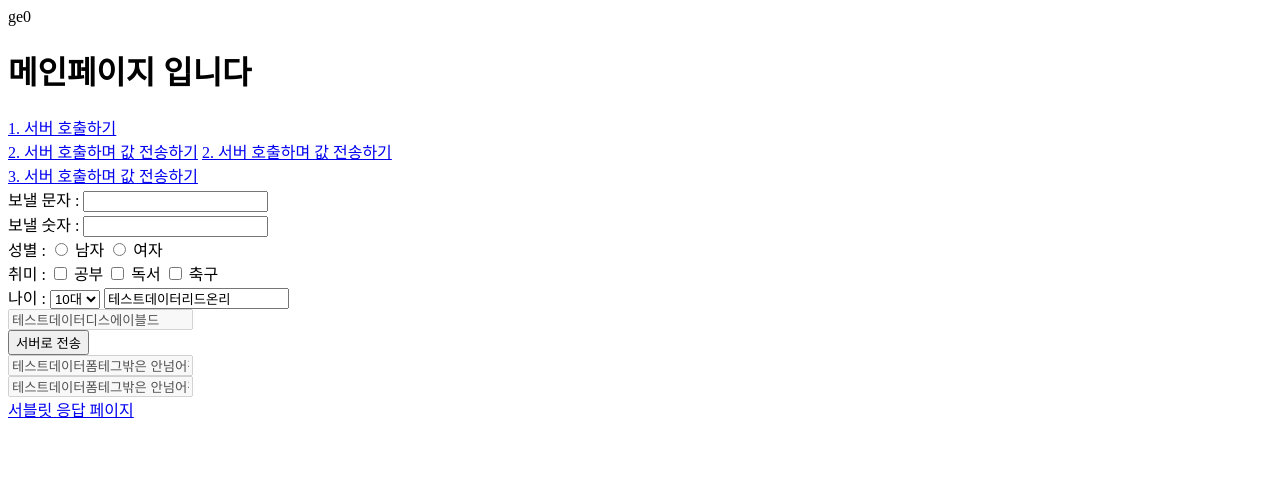
Repository: beescuit9510/toyProjects
Page: web-server-workplace/02_noDbProject/src/main/webapp/index.html
An editor plug-in stored every save of this project. The page is shown before and after the next save, followed by the edit.
The browser window is 1280 px wide. The pictures show the whole page.

Above is the page before, as saved 2021-09-29 07:13:58.

### web-server-workplace/02_noDbProject/src/main/webapp/index.html
<!DOCTYPE html>ge0
<html>
<head>
<meta charset="UTF-8">
<title>Insert title here</title>
</head>
<body>
	<h1>메인페이지 입니다</h1>
	<a href="/requestServer">1. 서버 호출하기</a><br>
	<a href="/sendData1?test=abc&name=변덕">2. 서버 호출하며 값 전송하기</a>
	<a href="/sendData2?p1=abc&p2=변덕">2. 서버 호출하며 값 전송하기</a><br>
	<a href="/SendData3?age=11&name=변덕">3. 서버 호출하며 값 전송하기</a><br>
	<form action="/SendData3" method="get">
		보낼 문자 : <input type="text" name="str"><br>
		보낼 숫자 : <input type="text" name="num"><br>
		성별 :
		<input type="radio" name="gender" value="남"> 남자
		<input type="radio" name="gender" value="여"> 여자
		<br>
		취미 :
		<input type="checkbox" name="hobby" value="study"> 공부
		<input type="checkbox" name="hobby" value="reading"> 독서
		<input type="checkbox" name="hobby" value="soccer">  축구
		<br>
		나이 :
		<select name="age">
			<option value="10">10대<option>
			<option value="20">20대<option>
			<option value="30">30대<option>
			<option value="40">40대<option>
		</select>
		<input type="hidden" name="hiddenData" value="숨겨진데이터">
		<input type="text" name="input1" value="테스트데이터리드온리" readonly><br>
		<input type="text" name="input2" value="테스트데이터디스에이블드" disabled><br>


		<input type="submit" value="서버로 전송">

	</form>
		<input type="text" name="input3" value="테스트데이터폼테그밖은 안넘어감" disabled><br>
		<input type="text" name="input3" value="테스트데이터폼테그밖은 안넘어감" disabled><br>

	<a href="responseTest">서블릿 응답 페이지</a>
</body>
</html>

After the next save:
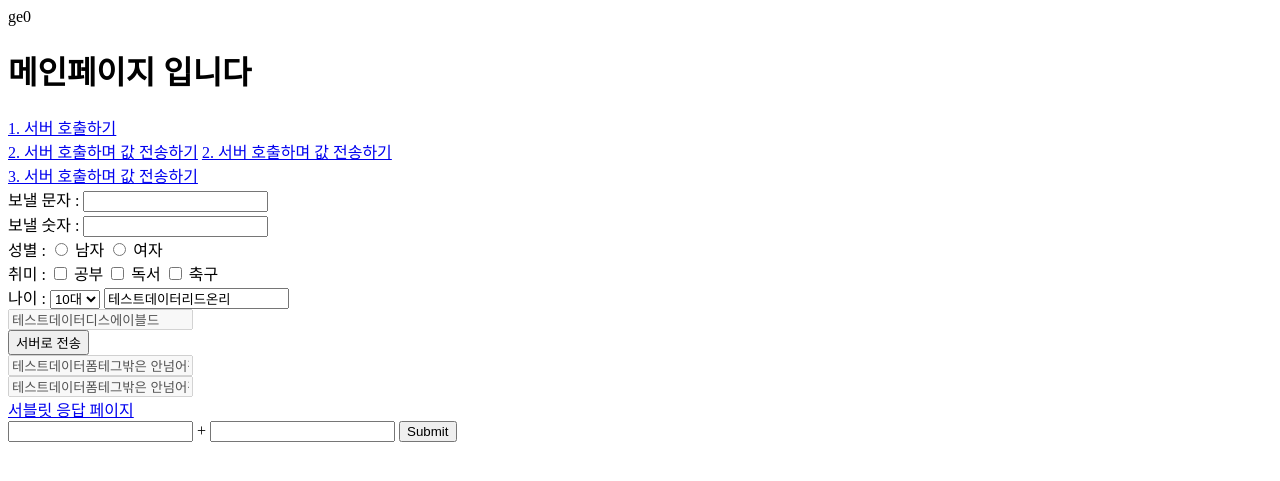
Saved 22 min 53 s later.
--- a/web-server-workplace/02_noDbProject/src/main/webapp/index.html
+++ b/web-server-workplace/02_noDbProject/src/main/webapp/index.html
@@ -41,5 +41,12 @@
 		<input type="text" name="input3" value="테스트데이터폼테그밖은 안넘어감" disabled><br>
 
 	<a href="responseTest">서블릿 응답 페이지</a>
+
+	<form action="/plus" method="get">
+		<input type="text" name="num1">
+		+
+		<input type="text" name="num2">
+		<input type="submit" name="더하기">
+	</form>
 </body>
 </html>
